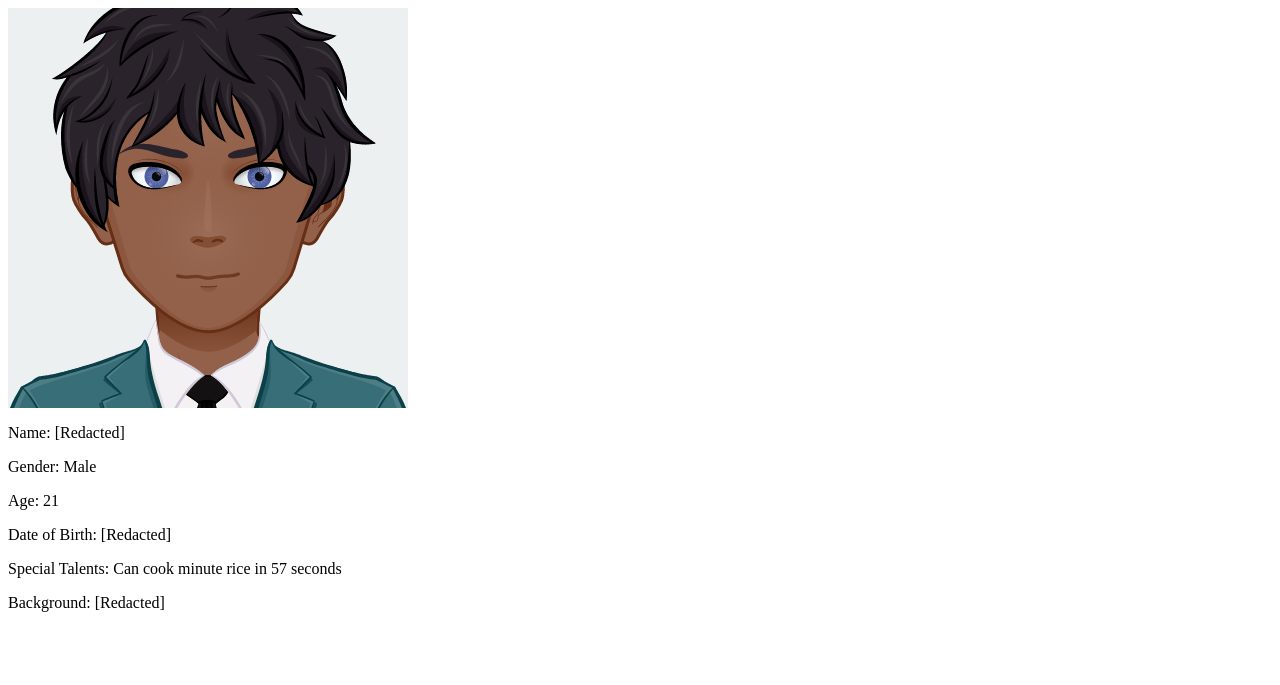
Repository: MatthewSalazar30/MatthewSalazar30.github.io
Page: avatar.html
The author's editor kept a record of every edit. The page is drawn from the files as they stood at one moment, then again after the next edit.
The browser window is 1280 px wide. The pictures show the whole page.

Above is the page before.

After the next edit:
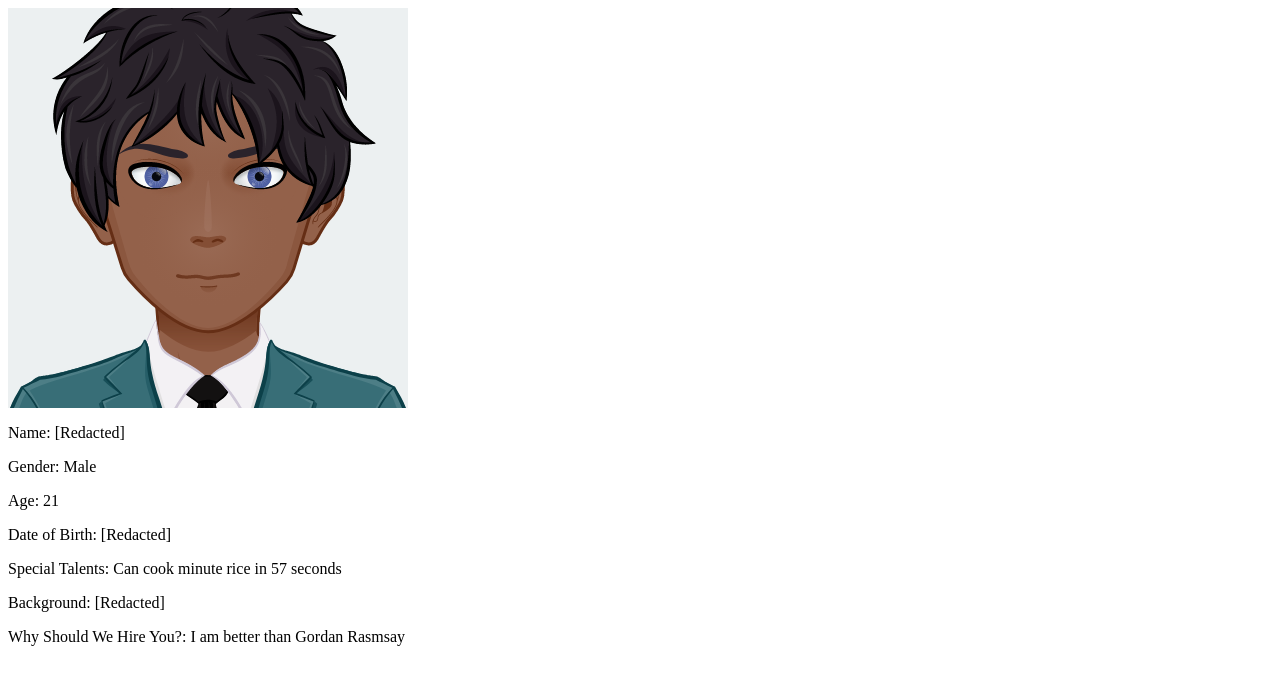
The edit:
--- a/avatar.html
+++ b/avatar.html
@@ -29,6 +29,7 @@
       <p>Date of Birth: [Redacted]</p>
       <p>Special Talents: Can cook minute rice in 57 seconds</p>
       <p>Background: [Redacted]</p>
+      <p>Why Should We Hire You?: I am better than Gordan Rasmsay</p>
 
         <a href="https://tinyurl.com/yx64lbpa" class="fa fa-doge.png"></a>
 
